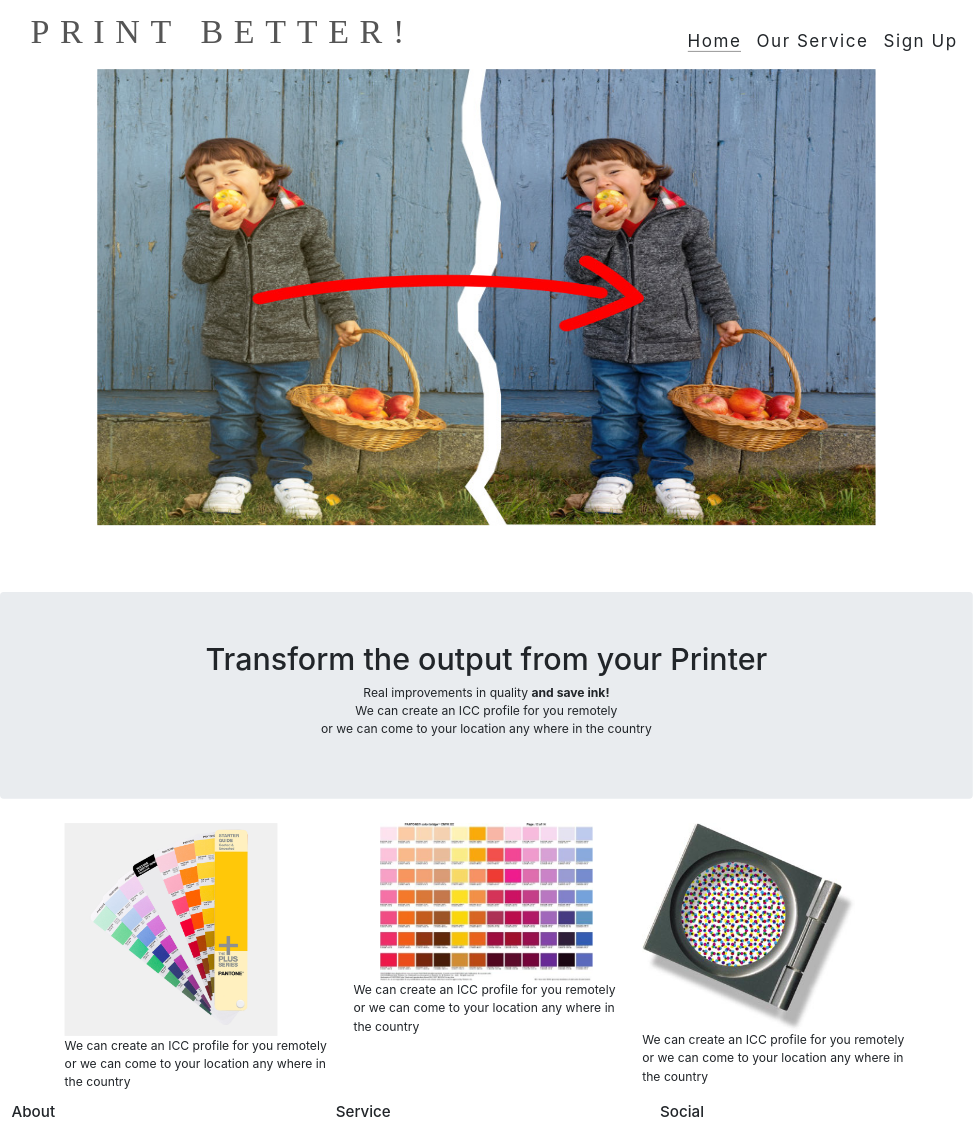
Repository: marks530/first_milestone
Page: index.html
An editor plug-in stored every save of this project. The page is shown before and after the next save, followed by the edit.
The browser window is 1280 px wide. The pictures show the whole page, at 76% of full size.
Some web libraries are served in a nearby version.

Above is the page before, as saved 2021-03-14 13:27:08.

After the next save:
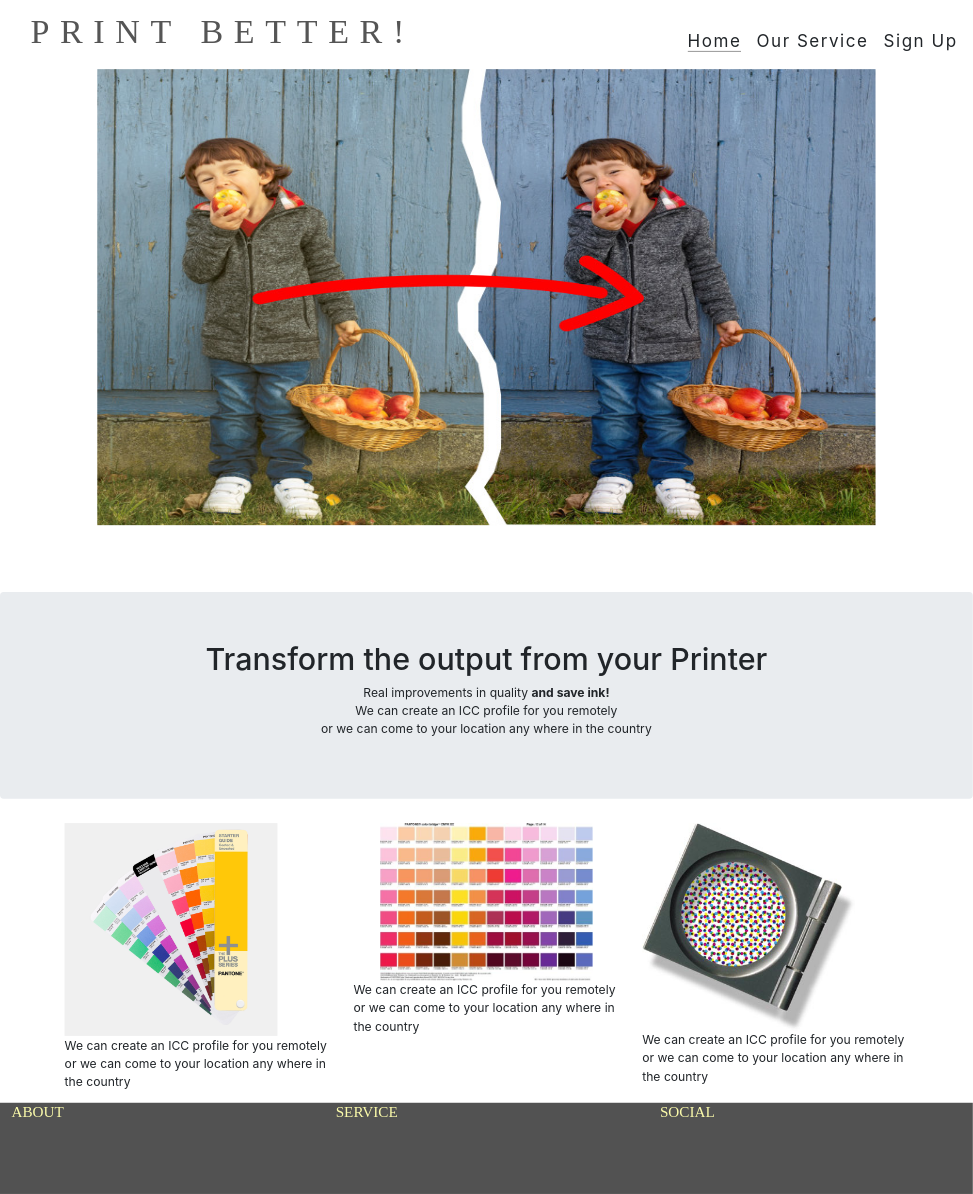
Saved 10 min 6 s later.
--- a/css/style.css
+++ b/css/style.css
@@ -74,3 +74,30 @@
     padding-left: 20px;
     padding-right: 20px;
 }
+
+
+/*---------------Special paddings/margins/text */
+
+h1,
+h2,
+h3,
+h4 {
+    margin: 0;
+}
+
+.uppercase {
+    text-transform: uppercase;
+}
+
+.general-sub {
+    font-family: "Exo", sans serif;
+    font-weight: 300;
+    color: #fafaaa
+}
+
+footer {
+    background-color: #525252;
+    color: #fafafa;
+    min-height: 120px;
+    margin: 0;
+}
